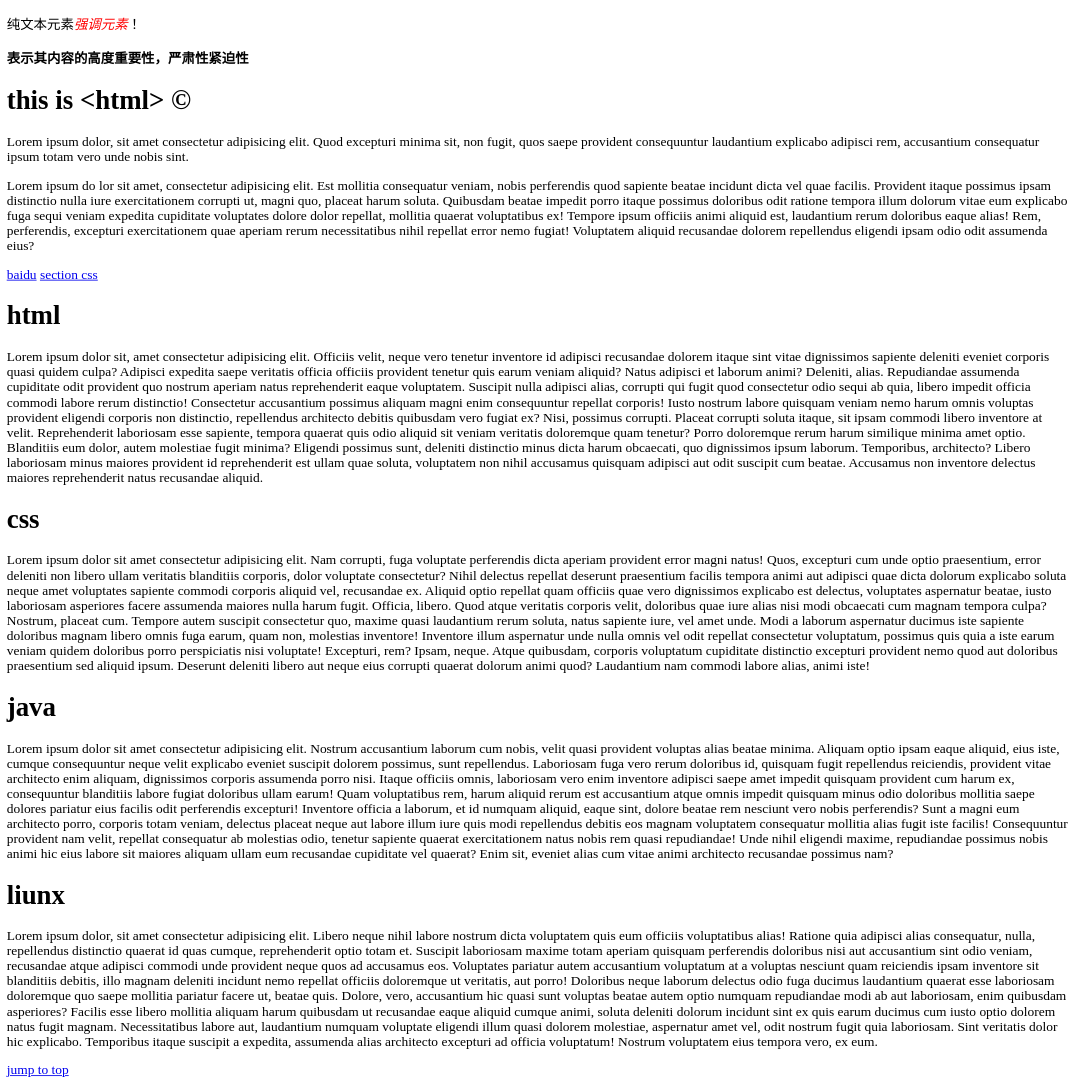
Repository: zyq1120/vscode
Page: HTML/index_01.html
An editor plug-in stored every save of this project. The page is shown before and after the next save, followed by the edit.
The browser window is 1280 px wide. The pictures show the whole page, at 84% of full size.

Above is the page before, as saved 2024-09-25 22:22:16.

After the next save:
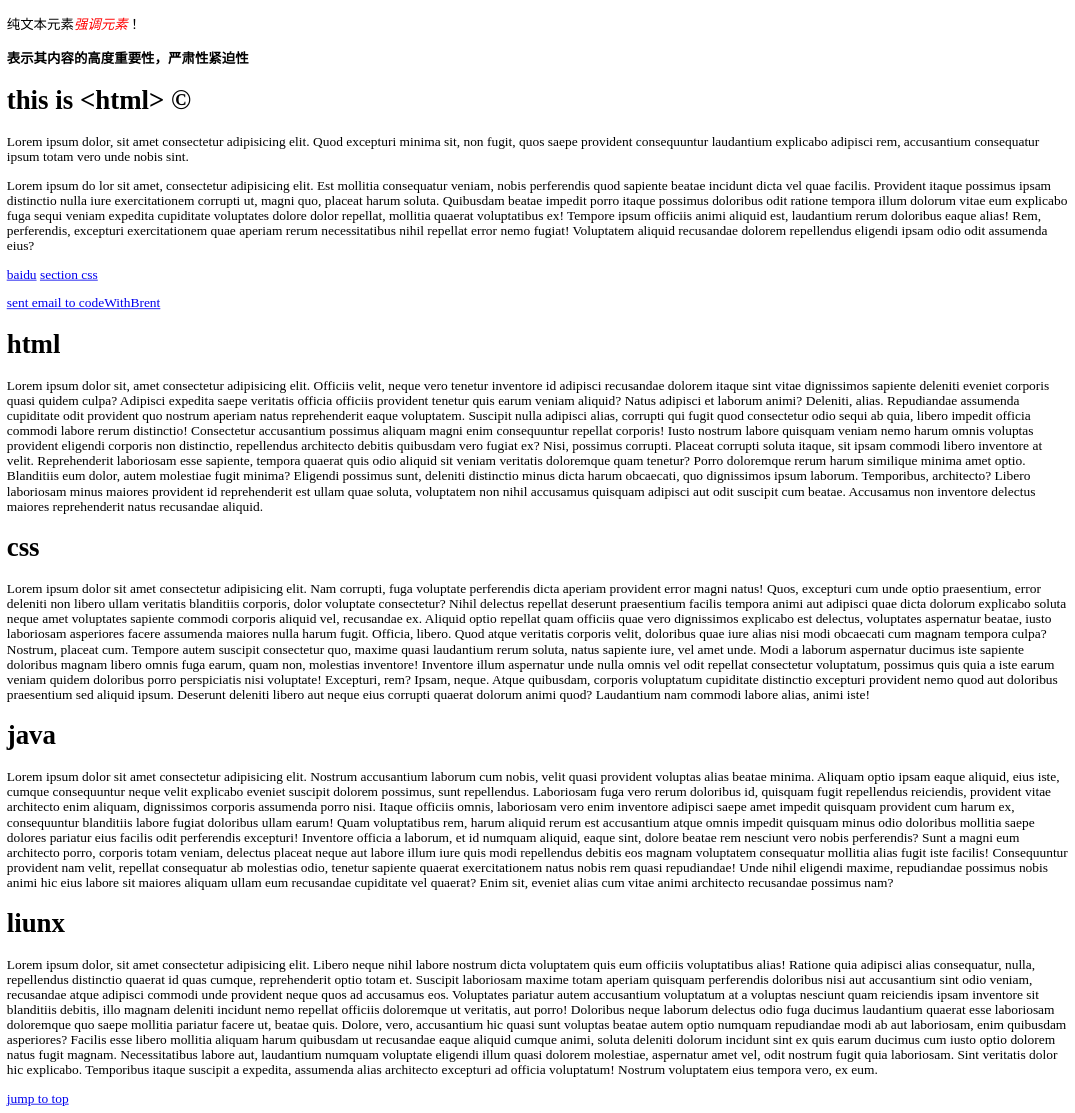
Saved 2 min 6 s later.
--- a/HTML/index_01.html
+++ b/HTML/index_01.html
@@ -39,7 +39,9 @@
 
     <a href="https://www.baidu.com" target="_blank" download>baidu</a>
     <a href="#section_css">section css</a>
+    <p></p>
 
+    <a href="mailto:zyq1120@uahoo.com">sent email to codeWithBrent</a>
     <h1>html</h1>
     <p>
       Lorem ipsum dolor sit, amet consectetur adipisicing elit. Officiis velit,
